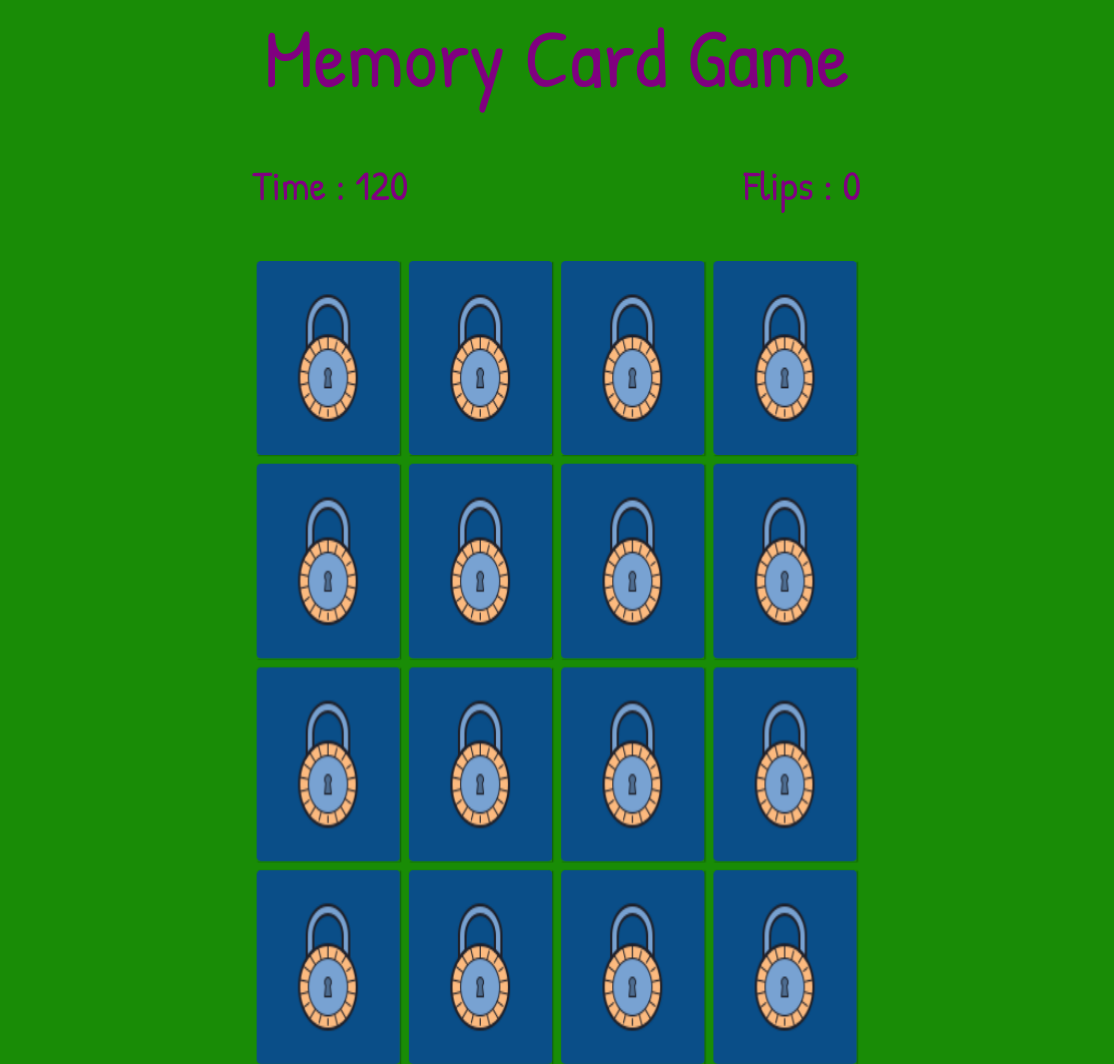
Repository: claudiadanaila1/Project-2--Interactive-FrontEnd---Memory-game
Page: index.html
The author's editor kept a record of every edit. The page is drawn from the files as they stood at one moment, then again after the next edit.
The browser window is 1280 px wide. The pictures show the whole page, at 87% of full size.

Above is the page before.

### index.html
<!DOCTYPE html>
<html lang="en">
<head>
    <meta charset="UTF-8">
    <meta name="viewport" content="width=device-width, initial-scale=1.0">
    <meta http-equiv="X-UA-Compatible" content="ie=edge">
    <link rel="stylesheet" href="css/style.css" type="text/css" />
    <title>Memory Card Game</title>
</head>
<body>
    <h1 class="title">Memory Card Game</h1>

    <div class="game-info-container">
      <div class="game-info">
        Time : <span id="time-remaining">120</span>
      </div>
      <div class="game-info">
        Flips : <span id="flips">0</span>
      </div>
    </div>

  <section class="memory-game">
      <div class="memory-card">
          <img class="card-front" src="assets/images/jelly1.jpg" alt="jelly-fish"/>
          <img class="card-back"  src="assets/images/icon8-lock.png" alt="lock" />
      </div>
      <div class="memory-card">
          <img class="card-front" src="assets/images/jelly1.jpg" alt="jelly-fish"/>
          <img class="card-back"  src="assets/images/icon8-lock.png" alt="lock" />
      </div>
      <div class="memory-card">
          <img class="card-front" src="assets/images/jelly2.jpg" alt="jelly-fish"/>
          <img class="card-back"  src="assets/images/icon8-lock.png" alt="lock" />
      </div>
      <div class="memory-card">
          <img class="card-front" src="assets/images/jelly2.jpg" alt="jelly-fish"/>
          <img class="card-back"  src="assets/images/icon8-lock.png" alt="lock" />
      </div>
      <div class="memory-card">
          <img class="card-front" src="assets/images/jelly3.jpg" alt="jelly-fish"/>
          <img class="card-back"  src="assets/images/icon8-lock.png" alt="lock" />
      </div>
      <div class="memory-card">
          <img class="card-front" src="assets/images/jelly3.jpg" alt="jelly-fish"/>
          <img class="card-back"  src="assets/images/icon8-lock.png" alt="lock" />
      </div>
      <div class="memory-card">
          <img class="card-front" src="assets/images/jelly4.jpg" alt="jelly-fish"/>
          <img class="card-back"  src="assets/images/icon8-lock.png" alt="lock" />
      </div>
      <div class="memory-card">
          <img class="card-front" src="assets/images/jelly4.jpg" alt="jelly-fish"/>
          <img class="card-back"  src="assets/images/icon8-lock.png" alt="lock" />
      </div>
      <div class="memory-card">
          <img class="card-front" src="assets/images/jelly5.jpg" alt="jelly-fish"/>
          <img class="card-back"  src="assets/images/icon8-lock.png" alt="lock" />
      </div>
      <div class="memory-card">
          <img class="card-front" src="assets/images/jelly5.jpg" alt="jelly-fish"/>
          <img class="card-back"  src="assets/images/icon8-lock.png" alt="lock" />
      </div>
      <div class="memory-card">
          <img class="card-front" src="assets/images/jelly6.jpg" alt="jelly-fish"/>
          <img class="card-back"  src="assets/images/icon8-lock.png" alt="lock" />
      </div>
      <div class="memory-card">
          <img class="card-front" src="assets/images/jelly6.jpg" alt="jelly-fish"/>
          <img class="card-back"  src="assets/images/icon8-lock.png" alt="lock" />
      </div>
      <div class="memory-card">
          <img class="card-front" src="assets/images/jelly7.jpg" alt="jelly-fish"/>
          <img class="card-back"  src="assets/images/icon8-lock.png" alt="lock" />
      </div>
       <div class="memory-card">
          <img class="card-front" src="assets/images/jelly7.jpg" alt="jelly-fish"/>
          <img class="card-back"  src="assets/images/icon8-lock.png" alt="lock" />
      </div>
      <div class="memory-card">
          <img class="card-front" src="assets/images/jelly8.jpg" alt="jelly-fish"/>
          <img class="card-back"  src="assets/images/icon8-lock.png" alt="lock" />
      </div>
      <div class="memory-card">
          <img class="card-front" src="assets/images/jelly8.jpg" alt="jelly-fish"/>
          <img class="card-back"  src="assets/images/icon8-lock.png" alt="lock" />
      </div>

  </section>

</body>
</html>

### css/style.css
@import url('https://fonts.googleapis.com/css?family=Patrick+Hand&display=swap');


* {
    padding: 0;
    margin: 0;
    box-sizing: border-box;
}

html {
   min-height: 100vh;
    display: flex;
    background-color:#198c06;
}

body{
    margin:auto;
    justify-content:center;
}

.title {
    font-family:"Patrick Hand", sans-serif;
    font-size: 6em;
    text-align: center;
    font-weight: normal;
    color:purple;
}

.game-info-container {
    grid-column: 1/-1;
    justify-content: space-between;
    display: flex;
    margin:50px;
}

.game-info {
    font-family: "Patrick Hand", sans-serif;
    font-size:3em;
    color:purple;
}

.memory-game {
    height:700px;
    width:700px;
    margin: 50px 50px;
    display:flex;
    flex-wrap: wrap;
    perspective:1000px;
}

.memory-card {
  width: calc(25% - 10px);
  height: calc(33.333% - 10px);
  margin: 5px;
  position: relative;
  transform: scale(1);
  transform-style: preserve-3d;
  transition: transform .5s;
  box-shadow: 1px 1px 1px rgba(0,0,0,.3);
}

.memory-card:active {
  transform: scale(0.96);
  transition: transform .3s;
}

.memory-card.flip {
  transform: rotateY(180deg);
}

.card-front,
.card-back {
  width: 100%;
  height: 100%;
  padding: 20px;
  position: absolute;
  border-radius: 5px;
  background: #0a4e88;
  backface-visibility: hidden;
}

.card-front {
  transform: rotateY(180deg);
}

After the next edit:
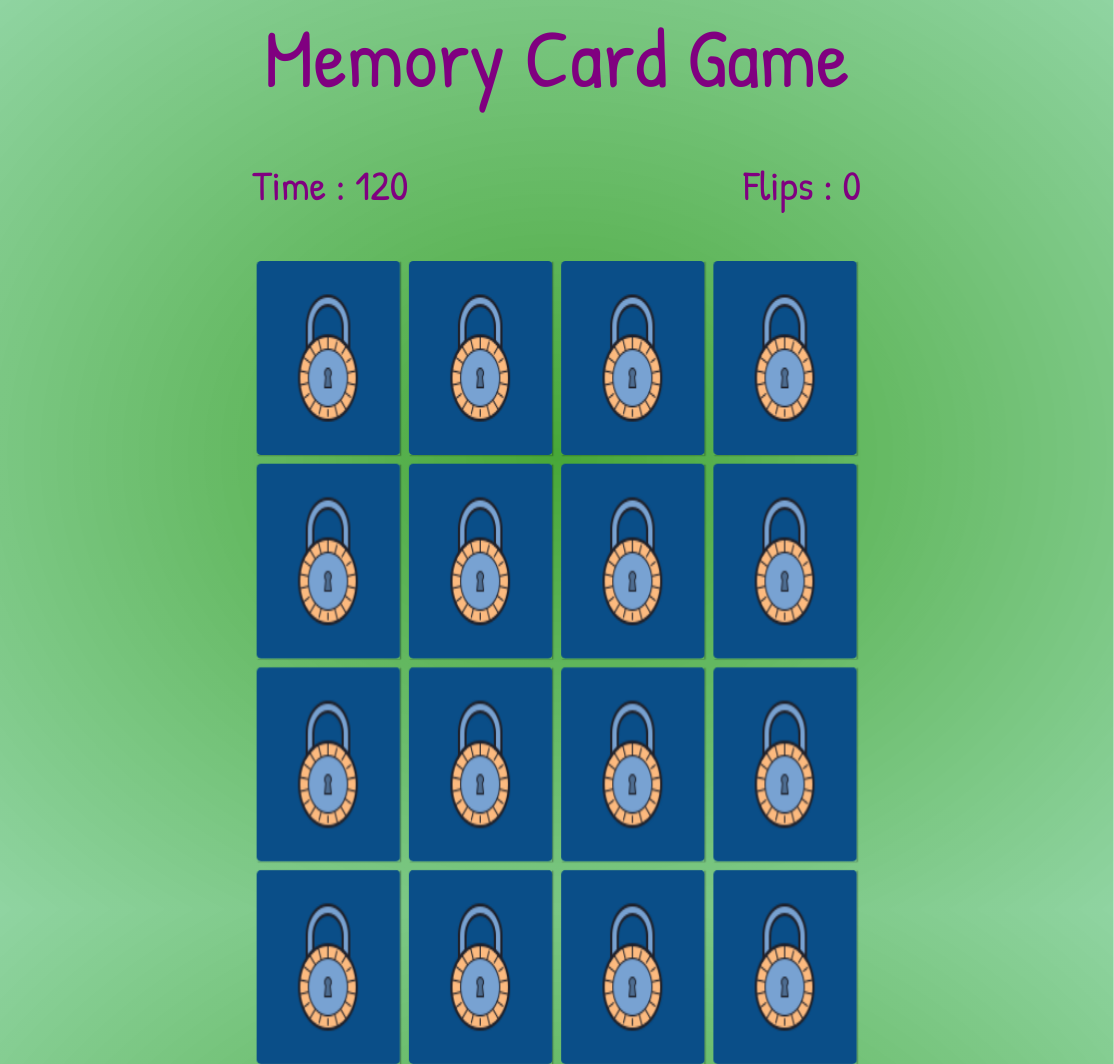
The edit:
--- a/css/style.css
+++ b/css/style.css
@@ -10,7 +10,7 @@
 html {
    min-height: 100vh;
     display: flex;
-    background-color:#198c06;
+    background:radial-gradient(#48a738, #76ca8ccf);
 }
 
 body{
